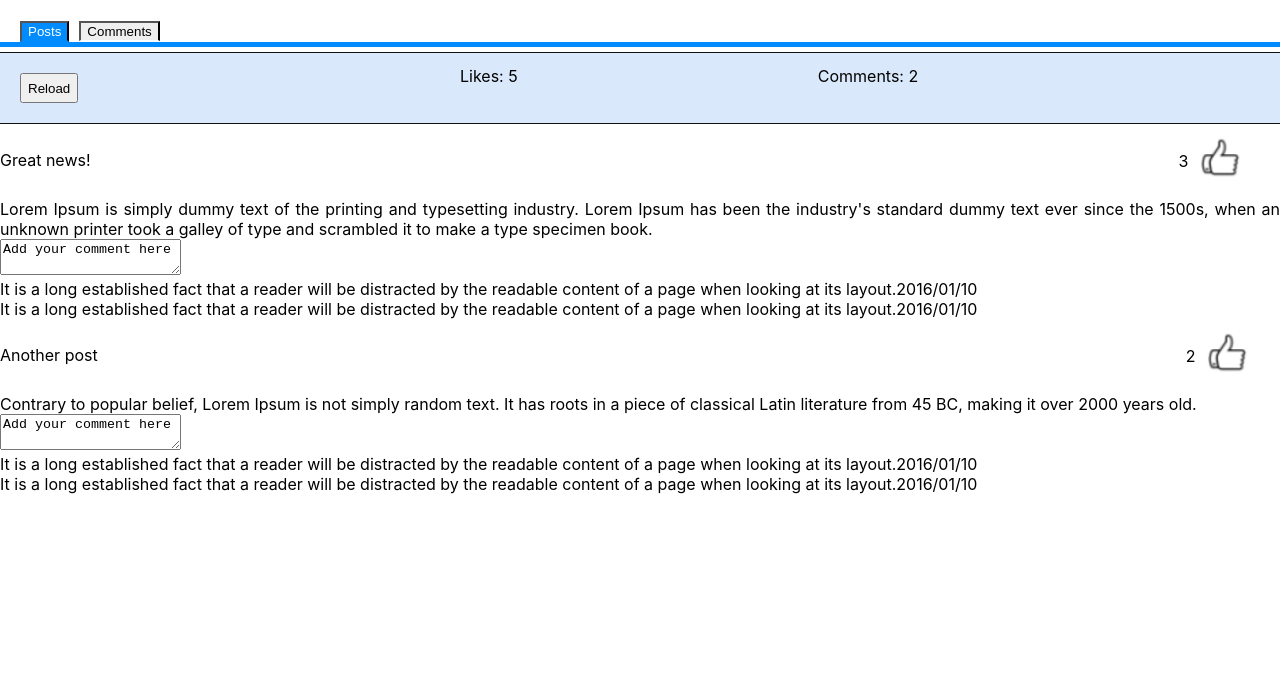
Repository: milosKomiRajkovic94/cleverbit-project
Page: /
These files come from the project's save history. The page is drawn as it stood at one moment and after the next save; the edit follows.
The browser window is 1280 px wide. The page is 1280 px wide, then 1286 px, so the pictures cover 1286 px, including what lies to the right of the window. The pictures show the whole page.
The project was rebuilt for these pictures with package versions that can differ from the ones it lists, and the page was loaded fresh each time. Also part of the build but not shown: src/utils/Loader.js.

Above is the page before, as saved 2020-10-13 20:45:07.

After the next save:
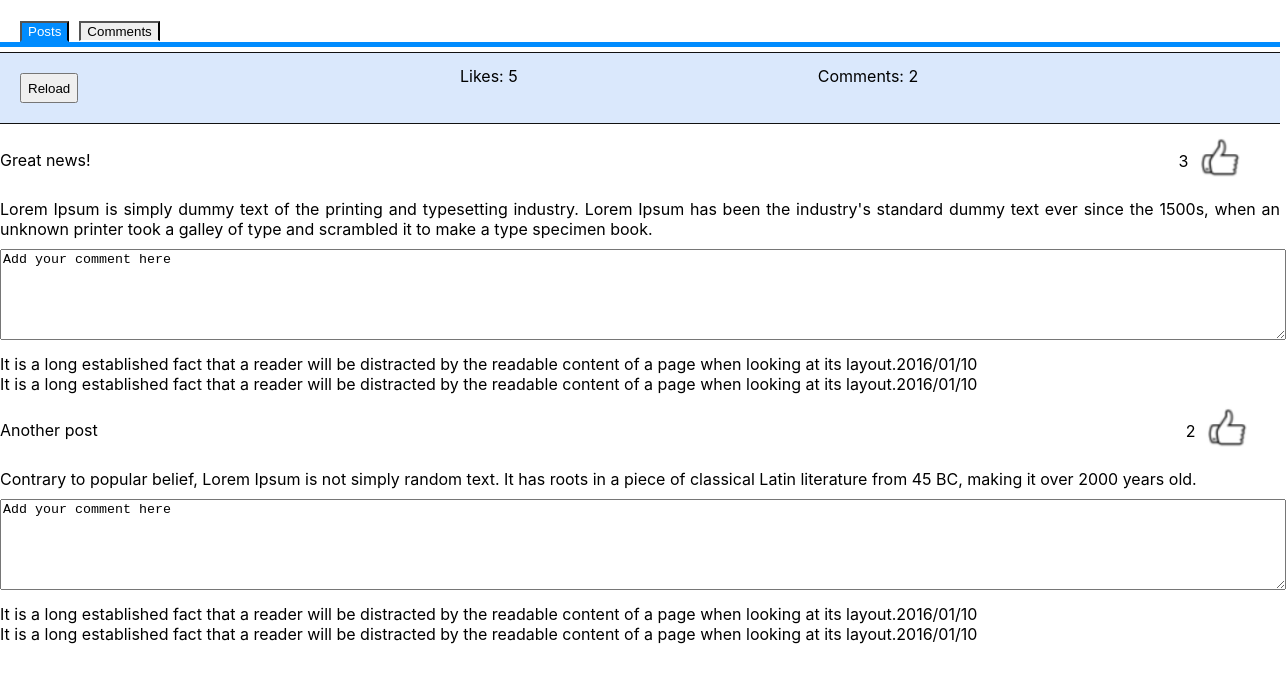
Saved 92 s later.
--- a/src/scss/posts.scss
+++ b/src/scss/posts.scss
@@ -44,3 +44,10 @@
 .postDescription {
   text-align: justify;
 }
+
+.postCommentSection textarea {
+  width: 100%;
+  height: 85px;
+  margin-top: 10px;
+  margin-bottom: 10px;
+}
